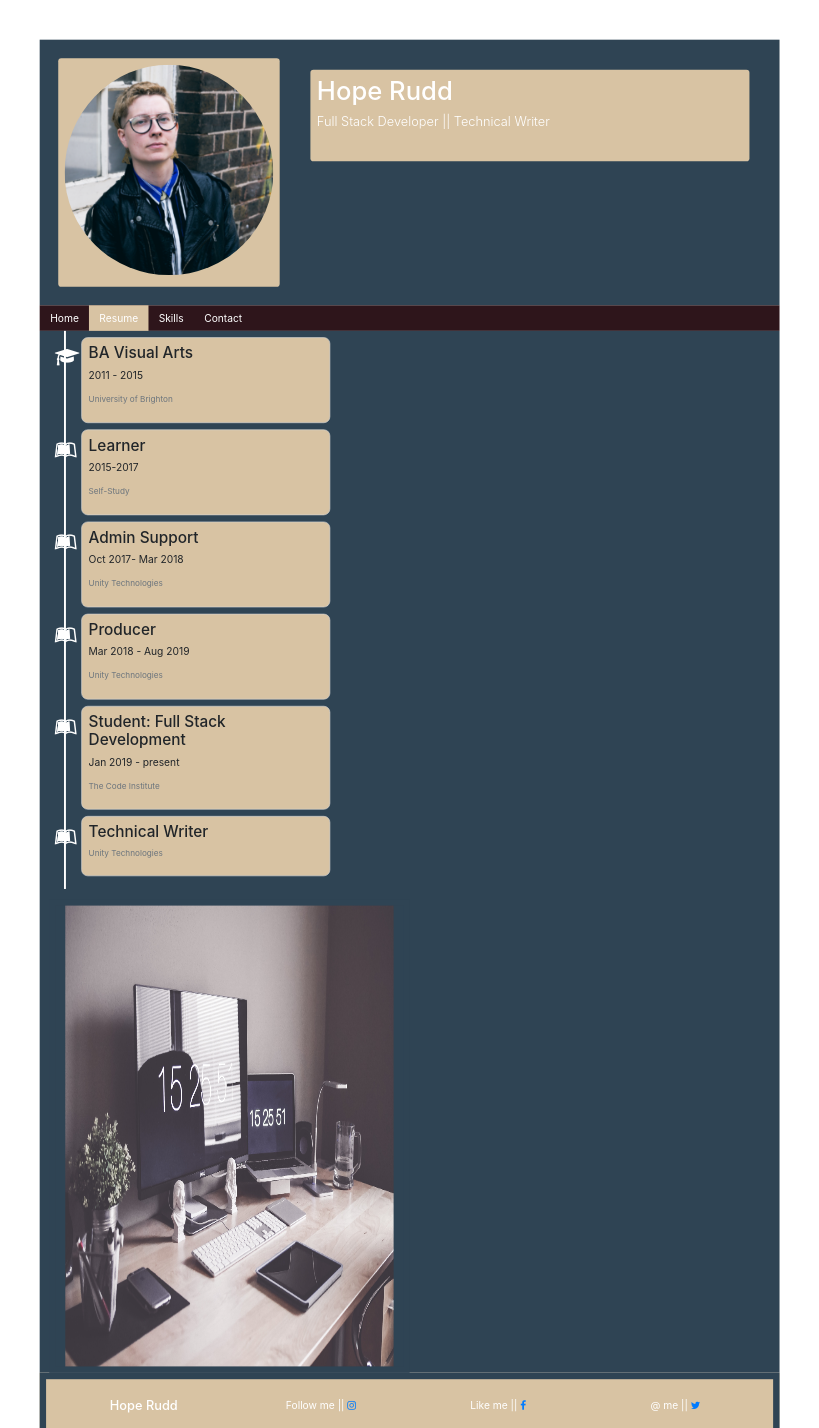
Repository: BleakTerrain/MilestoneProject-
Page: resume.html
The author's editor kept a record of every edit. The page is drawn from the files as they stood at one moment, then again after the next edit.
The browser window is 1280 px wide. The pictures show the whole page, at 64% of full size.
Some web libraries are served in a nearby version.

Above is the page before.

After the next edit:
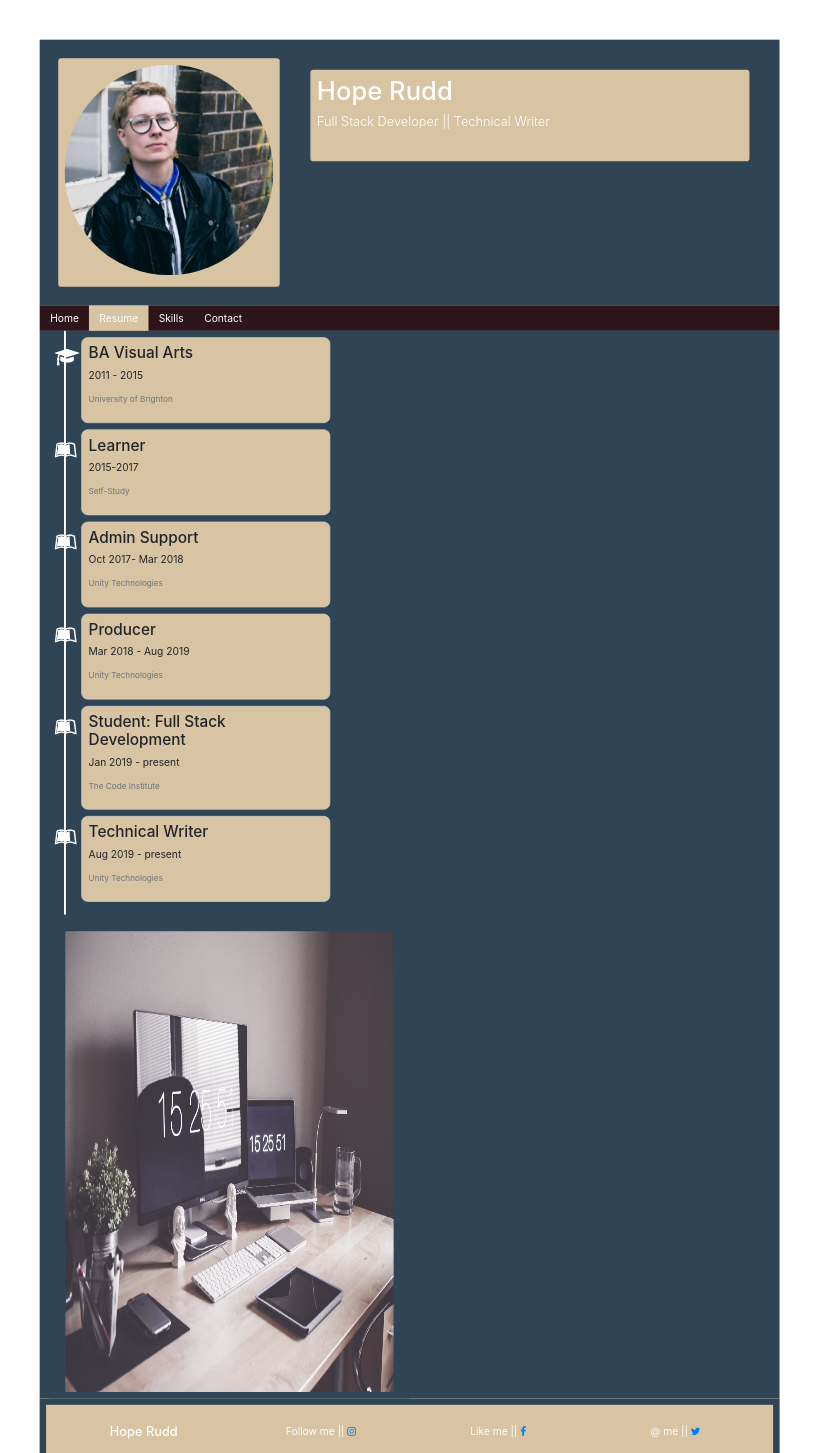
The edit:
--- a/resume.html
+++ b/resume.html
@@ -137,6 +137,7 @@
             <div class="timeline-panel">
                 <div class="timeline-heading">
                     <h4 class = "timeline-title">Technical Writer</h4>
+                    <p> Aug 2019 - present </p>
                     <p class ="text-muted"><small>Unity Technologies</small></p>
                 </div>
             </div>
